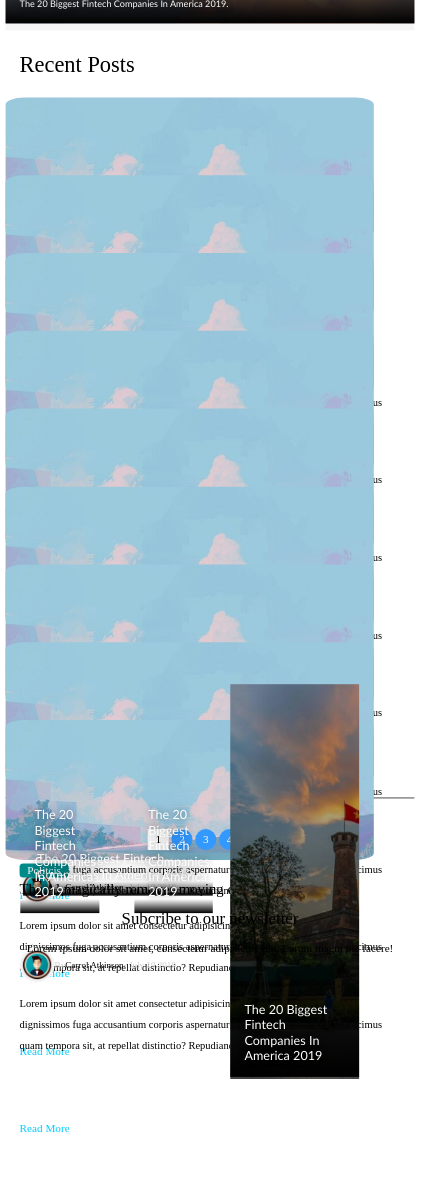
Repository: giacatdat2k5/html3
Page: html3.vs/7.1.html
The author's editor kept a copy of each file at every save. The page is drawn from the files as they stood at one save, then again after the next save.
The browser window is 600 px wide. The page is 612 px wide, so the pictures cover 612 px, including what lies to the right of the window. The pictures show the part of the page from y = 709 to 2949 px (the page is 2392 px tall before and 10284 px after), at 70% of full size.

Above is the page before, as saved 2023-09-27 21:18:46.

After the next save:
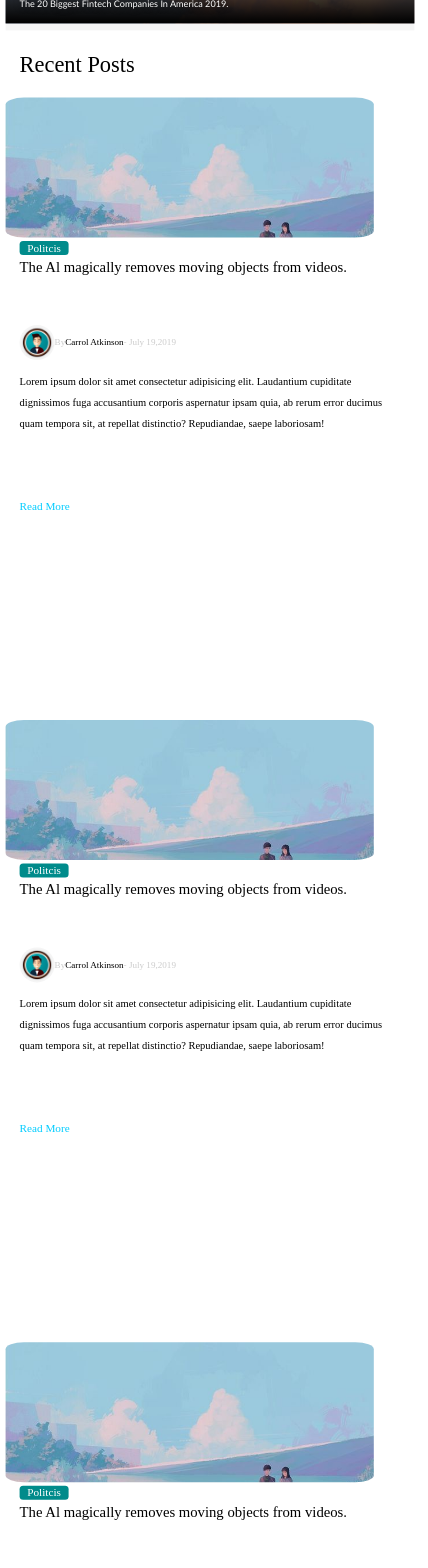
Saved 79 s later.
--- a/html3.vs/7.1.css
+++ b/html3.vs/7.1.css
@@ -502,7 +502,7 @@
     }
     #content2{
         width: 100%;
-        height: 1000px;
+        height: 8000px;
         display: flex;
         justify-content: center
     }
@@ -618,20 +618,20 @@
     }
     .content3{
         width: 100%;
-        height: 0px;
+        height: 1000px;
         background-color:whitesmoke;
-        display: flex;
+        display: block;
     }
     .content3left{
         width: 55%;
-        height: 100%;
-        display:flex ;
+        height: %;
+        display:block ;
         flex-wrap: wrap;
     }
     .content3right{
         width: 45%;
         height: 100%;
-        display: flex;
+        display: block;
         align-items: center;
 
     }
